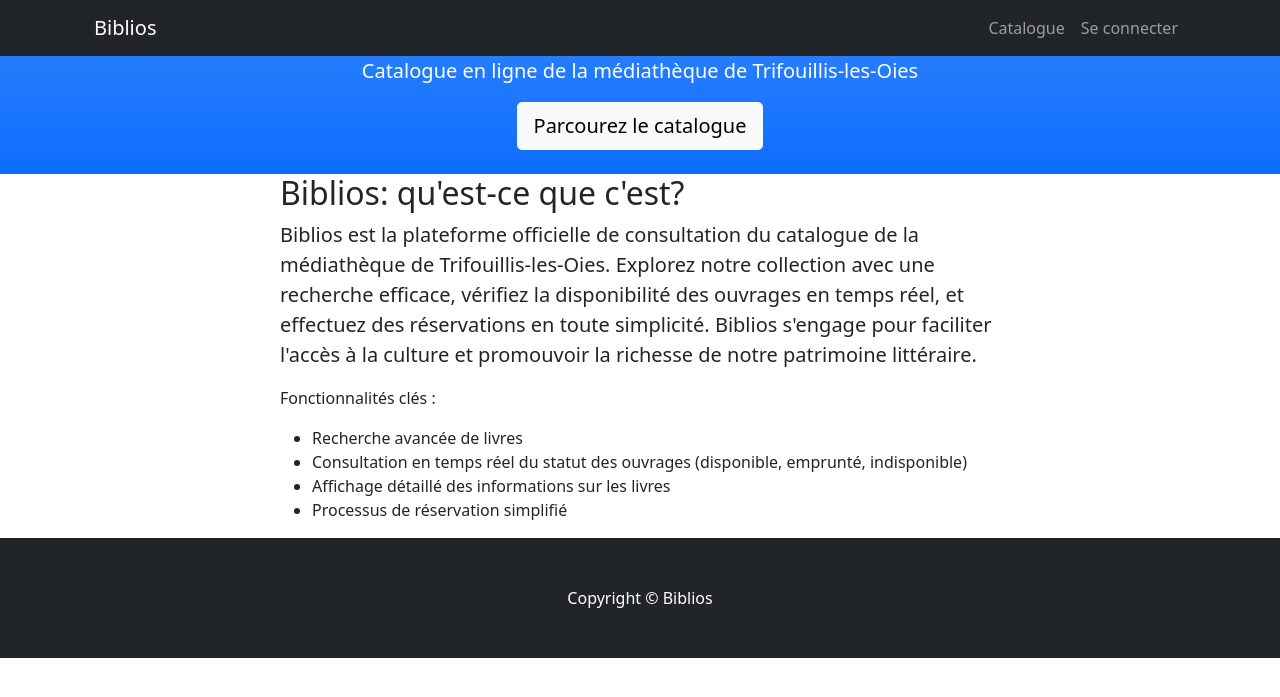
Repository: Dydja/Biblios
Page: templates/main/index.html.twig
An editor plug-in stored every save of this project. The page is shown before and after the next save, followed by the edit.
The browser window is 1280 px wide. The pictures show the whole page.
The page is a Twig template of a Symfony application; nobody is signed in and links lead nowhere. Other server files are loaded and not shown. The template is opened directly, without the code that normally fills it, so the values that code supplies are empty.

Above is the page before, as saved 2024-08-04 00:40:04.

### templates/main/index.html.twig
{% extends 'base.html.twig' %}

{% block title %}Hello MainController!{% endblock %}

{% block body %}

<!-- Header-->
    <header class="bg-primary bg-gradient text-white">
        <div class="container px-4 text-center">
            <h1 class="fw-bolder">Biblios</h1>
            <p class="lead">Catalogue en ligne de la médiathèque de Trifouillis-les-Oies</p>
            <a class="btn btn-lg btn-light mb-4" href="#">Parcourez le catalogue</a>
        </div>
    </header>
    <!-- About section-->
    <section id="about">
        <div class="container px-4">
            <div class="row gx-4 justify-content-center">
                <div class="col-lg-8">
                    <h2>Biblios: qu'est-ce que c'est?</h2>
                    <p class="lead">Biblios est la plateforme officielle de consultation du catalogue de la médiathèque de Trifouillis-les-Oies. Explorez notre collection avec une recherche efficace, vérifiez la disponibilité des ouvrages en temps réel, et effectuez des réservations en toute simplicité. Biblios s'engage pour faciliter l'accès à la culture et promouvoir la richesse de notre patrimoine littéraire.</p>
                    <p>Fonctionnalités clés :</p>
                    <ul>
                        <li>Recherche avancée de livres</li>
                        <li>Consultation en temps réel du statut des ouvrages (disponible, emprunté, indisponible)</li>
                        <li>Affichage détaillé des informations sur les livres</li>
                        <li>Processus de réservation simplifié</li>
                    </ul>
                </div>
            </div>
        </div>
    </section>
{% endblock %}

### templates/base.html.twig
<!DOCTYPE html>
<html>
    <head>
        <meta charset="UTF-8">
        <title>{% block title %}Welcome!{% endblock %}</title>
        <link rel="icon" href="data:[embedded picture, 223 characters]">

        {% block stylesheets %}
        {% endblock %}

        <link href="https://cdn.jsdelivr.net/npm/bootstrap@5.0.2/dist/css/bootstrap.min.css" rel="stylesheet" integrity="sha384-EVSTQN3/azprG1Anm3QDgpJLIm9Nao0Yz1ztcQTwFspd3yD65VohhpuuCOmLASjC" crossorigin="anonymous">

        {% block javascripts %}
            {% block importmap %}{{ importmap('app') }}{% endblock %}
        {% endblock %}
    </head>
    <body id="page-top">
        <!-- Navigation-->
        <nav class="navbar navbar-expand-lg navbar-dark bg-dark fixed-top" id="mainNav">
            <div class="container px-4">
                <a class="navbar-brand" href="#page-top">Biblios</a>
                <button class="navbar-toggler" type="button" data-bs-toggle="collapse" data-bs-target="#navbarResponsive" aria-controls="navbarResponsive" aria-expanded="false" aria-label="Toggle navigation"><span class="navbar-toggler-icon"></span></button>
                <div class="collapse navbar-collapse" id="navbarResponsive">
                    <ul class="navbar-nav ms-auto">
                        <li class="nav-item"><a class="nav-link" href="#">Catalogue</a></li>
                        <li class="nav-item"><a class="nav-link" href="#">Se connecter</a></li>
                    </ul>
                </div>
            </div>
        </nav>
        {% block body %}{% endblock %}
        <!-- Footer-->
        <footer class="py-5 bg-dark">
            <div class="container px-4"><p class="m-0 text-center text-white">Copyright &copy; Biblios</p></div>
        </footer>
    </body>
</html>

After the next save:
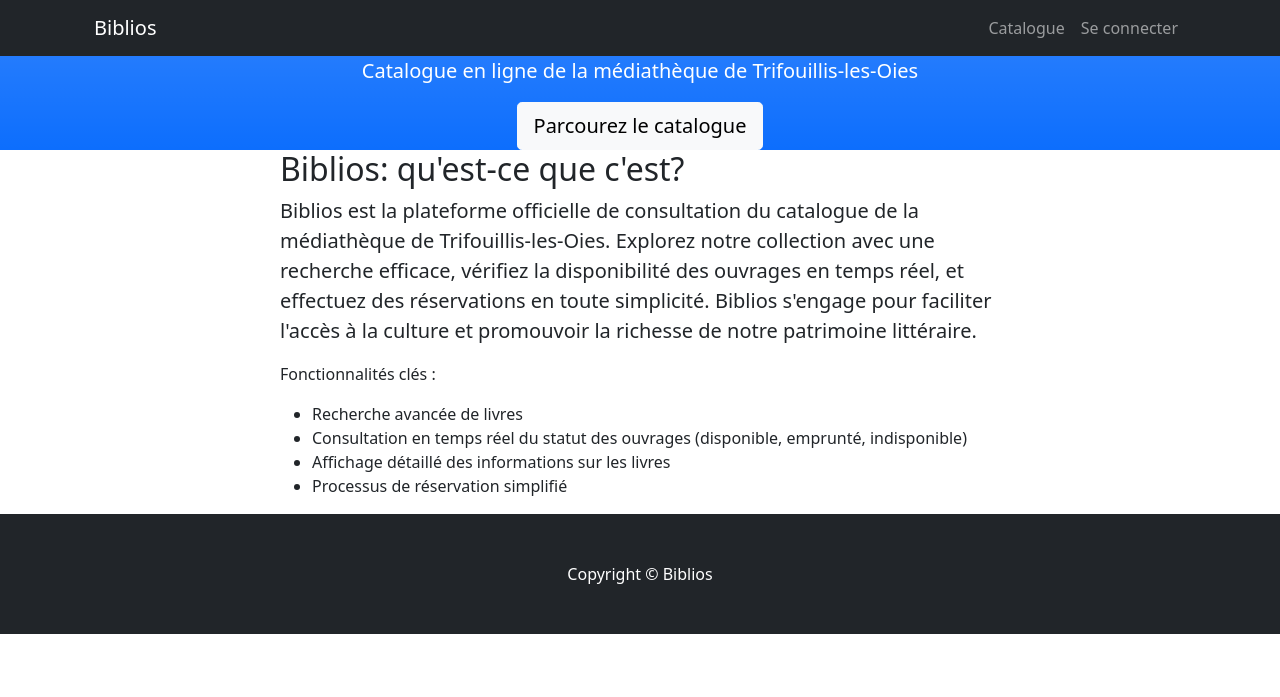
Saved 15 s later.
--- a/templates/main/index.html.twig
+++ b/templates/main/index.html.twig
@@ -9,7 +9,7 @@
         <div class="container px-4 text-center">
             <h1 class="fw-bolder">Biblios</h1>
             <p class="lead">Catalogue en ligne de la médiathèque de Trifouillis-les-Oies</p>
-            <a class="btn btn-lg btn-light mb-4" href="#">Parcourez le catalogue</a>
+            <a class="btn btn-lg btn-light mb-8" href="#">Parcourez le catalogue</a>
         </div>
     </header>
     <!-- About section-->

After the save that followed:
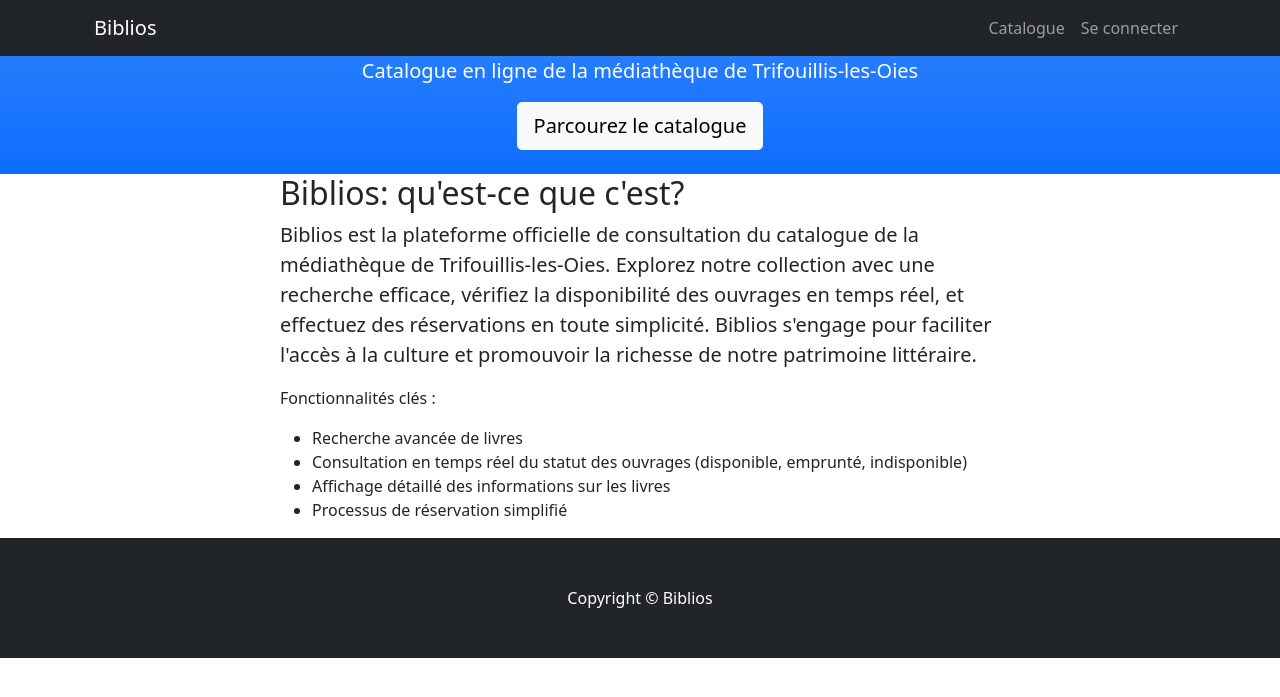
Saved 10 s later.
--- a/templates/main/index.html.twig
+++ b/templates/main/index.html.twig
@@ -9,7 +9,7 @@
         <div class="container px-4 text-center">
             <h1 class="fw-bolder">Biblios</h1>
             <p class="lead">Catalogue en ligne de la médiathèque de Trifouillis-les-Oies</p>
-            <a class="btn btn-lg btn-light mb-8" href="#">Parcourez le catalogue</a>
+            <a class="btn btn-lg btn-light mb-4" href="#">Parcourez le catalogue</a>
         </div>
     </header>
     <!-- About section-->
